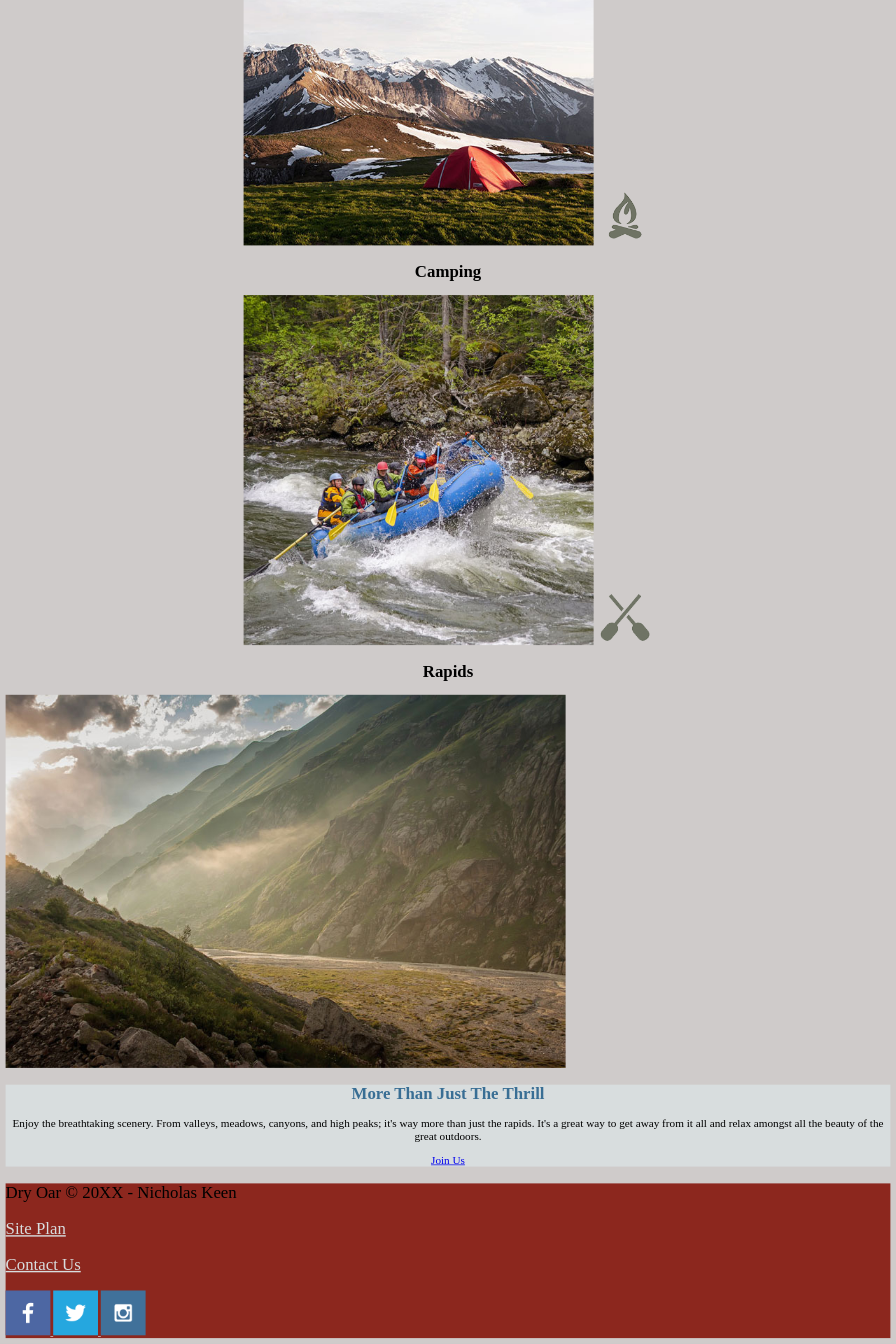
Repository: nak97/WDD-130
Page: wrr/home-page.html
The author's editor kept a copy of each file at every save. The page is drawn from the files as they stood at one save, then again after the next save.
The browser window is 1280 px wide. The pictures show the part of the page from y = 1641 to 3561 px (the page is 3561 px tall before and 3540 px after), at 70% of full size.

Above is the page before, as saved 2023-01-28 08:31:10.

### wrr/home-page.html
<!DOCTYPE html>
<html lang="en">
<head>
  <meta charset="UTF-8">
  <meta http-equiv="X-UA-Compatible" content="IE=edge">
  <meta name="viewport" content="width=device-width, initial-scale=1.0">
  <link rel="stylesheet" href="styles/styles.css">

  <title>Dry Oar Boating</title>
</head>
<body>
  <div id="content">
    <header>
      <a id="logo_link" href="index.html">
        <img class="logo" src="styles/images/logo.png" alt="Dry Oar Logo">
      </a>
      <nav>
        <a href ="index.html" target="_blank">Home</a>
        <a href="#" target="_blank">Page 2</a>
        <a href="site-plan-rafting.html" target="_blank">Site Plan</a>
        <a href="contactus.html" target="_blank">Contact Us</a>
      </nav>
    </header>
    <div id="hero">
      <div id="hero-box">
        <img id="hero-img" src="styles/images/hero.png" alt="People enjoying white water rafting">
      </div>
      <section id="hero-msg">
        <h1 class="home-title">Have An Adventure</h1>
        <h4>Make Memories with Dry Oar </h4>
        <div class='button-box'>
            <a class='book' href="contactus.html">Book Now</a>
        </div>
      </section>
    </div>

      <main class="home-grid">
        <section class="rivers-card">
            <img class="card-img" src="styles/images/rivers.jpg" alt="river in forest">
            <img class="icon" src="styles/images/river_icon.png" alt="river icon">
            <h2>Rivers</h2>
        </section>
        <section class="camping-card">
            <img class="card-img" src="styles/images/camping.jpg" alt="tent in mountains">
            <img class="icon" src="styles/images/fire_icon.png" alt="fire icon">
            <h2>Camping</h2>
        </section>
        <section class="rapids-card">
            <img class="card-img" src="styles/images/rapids.jpg" alt="rafting boat">
            <img class="icon" src="styles/images/oars.png" alt="oars icon">
            <h2>Rapids</h2>
        </section>
        <div id="backgrounds">

        </div>
        <img class="mountains" src="styles/images/mountains.jpg" alt="Misty mountains">
        <section class="msg">
            <h2>More Than Just The Thrill</h2>
            <p>Enjoy the breathtaking scenery. From valleys, meadows, canyons, and high peaks; it's way more than just the rapids. It's a great way to get away from it all and relax amongst all the beauty of the great outdoors. </p>
            <a class='join' href="rivers.html">Join Us</a>
            </section>
    </main>
    <footer>
      <p>Dry Oar &copy; 20XX - Nicholas Keen</p>
      <p><a href="site-plan-rafting.html" target="_blank">Site Plan</a></p>
      <p><a href="contactus.html" target="_blank">Contact Us</a></p>
      <div class="social">
          <a href="https://facebook.com" target="_blank">
              <img src="styles/images/facebook.png" alt="fb icon">
          </a>
          <a href="https://twitter.com" target="_blank">
              <img src="styles/images/twitter.png" alt="twitter icon">
          </a>
          <a href="https://instagram.com" target="_blank">
              <img src="styles/images/instagram.png" alt="instagram icon">
          </a>
      </div>
  </footer>
  </div>
</body>
</html>

### wrr/styles/styles.css
#content {
  max-width: 1600px ;
  margin:0 auto;
}
nav a{
  text-align: center;
  text-decoration: none;
  color: white;
}
#hero-msg h1, h4 {
  text-align: center;
}
.button-box {
  text-align: center;
}
main section {
  text-align: center;
}
#background {
  height: 725px;

}

body {
  background-color:  #CFCBCA;
}
header {
  background-color:#8C271E;
}
nav a:hover {
  background-color:#396E94;
  color: black;
}

.book, .join:hover{
  background-color:#D9F7FA;
  color: black;
  text-decoration: none;
}

#background {
  background-color:#D8DDDE;
}
.msg {
  background-color:#D8DDDE;
}

.msg h2 {
color: #396E94;
}

.msg p {
color: black;
}

footer {
  background-color:#8C271E;
  }
  footer p{
    font-size: 1.5em;
  }


footer a {
  color: #D8DDDE;
}
footer a:hover {
  color:#396E94 ;
  text-decoration: none;
}
.home-title {
  color: #396E94;
}
h4 {
  color: #8C271E;
}

.logo {
  width: 80px;
}
.icon {
  width: 80px;
}

After the next save:
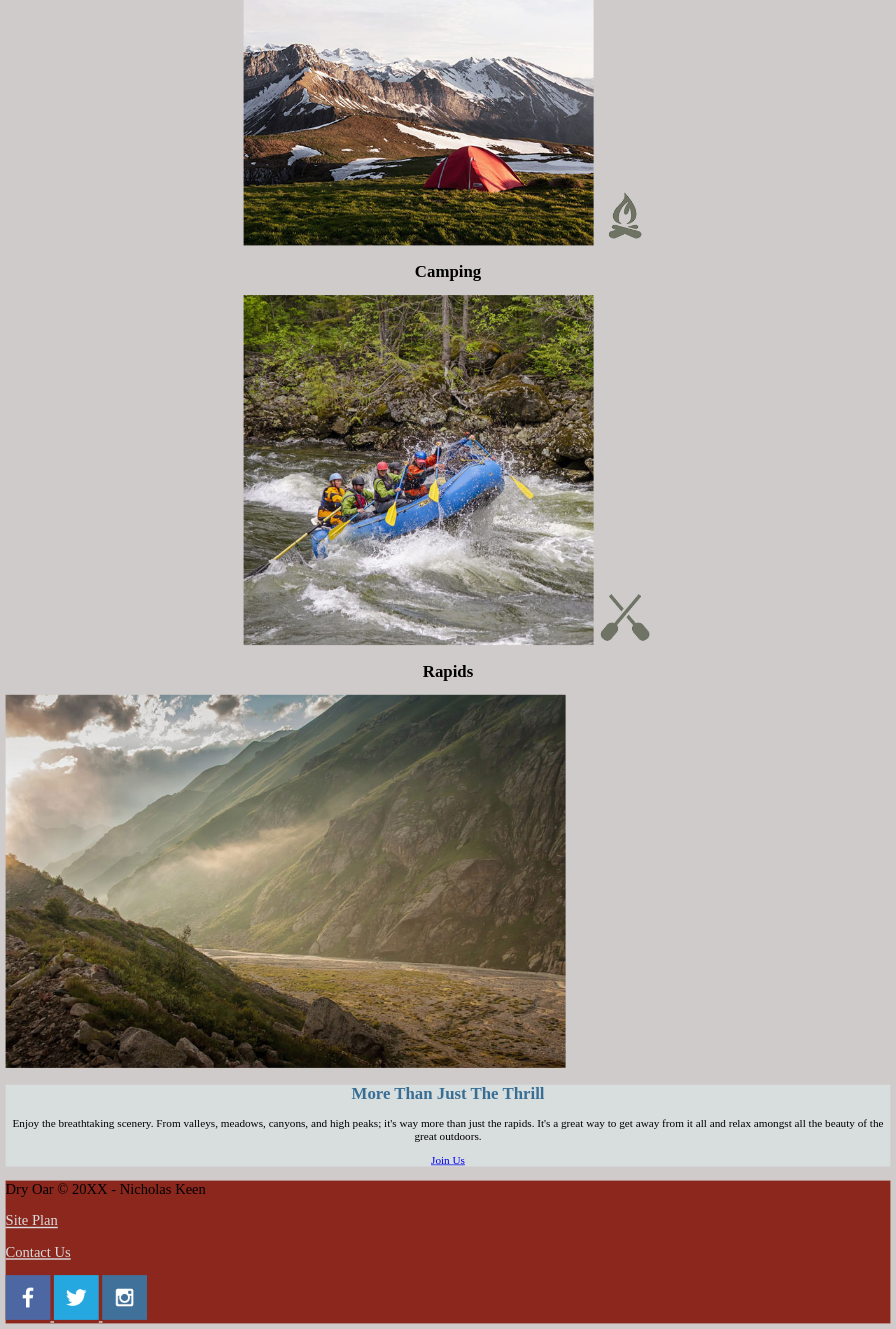
Saved 115 s later.
--- a/wrr/styles/styles.css
+++ b/wrr/styles/styles.css
@@ -55,11 +55,8 @@
 
 footer {
   background-color:#8C271E;
+  font-size: 1.3em;
   }
-  footer p{
-    font-size: 1.5em;
-  }
-
 
 footer a {
   color: #D8DDDE;
@@ -67,6 +64,9 @@
 footer a:hover {
   color:#396E94 ;
   text-decoration: none;
+}
+footer p a:hover {
+  text-decoration: underline;
 }
 .home-title {
   color: #396E94;
